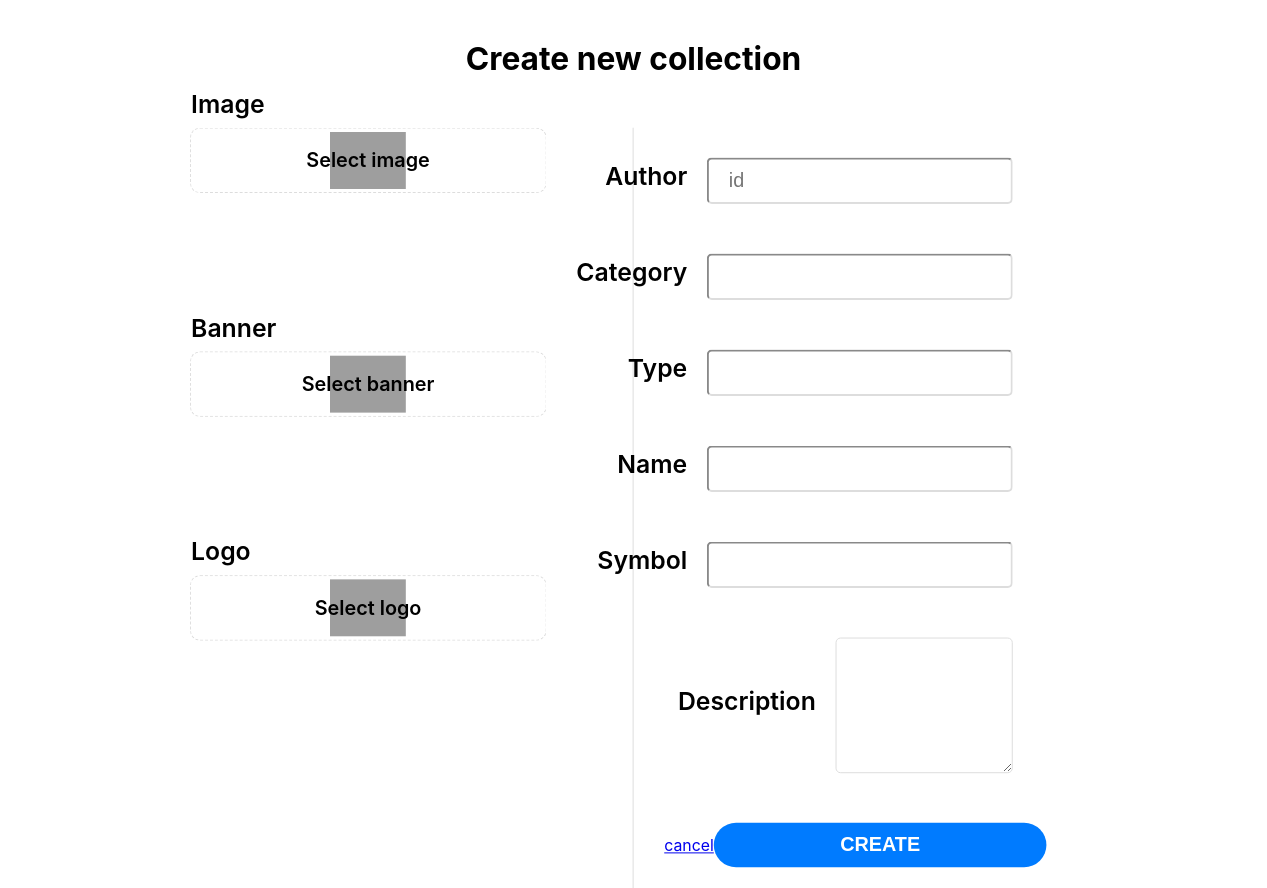
Repository: superHotBob/admin_nftillion
Page: /createcollection
The author's editor kept a copy of each file at every save. The page is drawn from the files as they stood at one save, then again after the next save.
The browser window is 1280 px wide. The pictures show the whole page, at 99% of full size.
Pictures or frames that could not be fetched are drawn as grey boxes. The project was rebuilt for these pictures with package versions that can differ from the ones it lists, and the page was loaded fresh each time. Also part of the build but not shown: src/components/Login/styles.scss, src/components/Login/index.js, src/components/NavPanel/styles.scss, src/components/NavPanel/index.js, src/components/Users/index.js, src/components/Collections/index.js, src/components/Preminted/styles.scss, src/components/Preminted/index.js.

Above is the page before, as saved 2022-04-27 08:48:23.

After the next save:
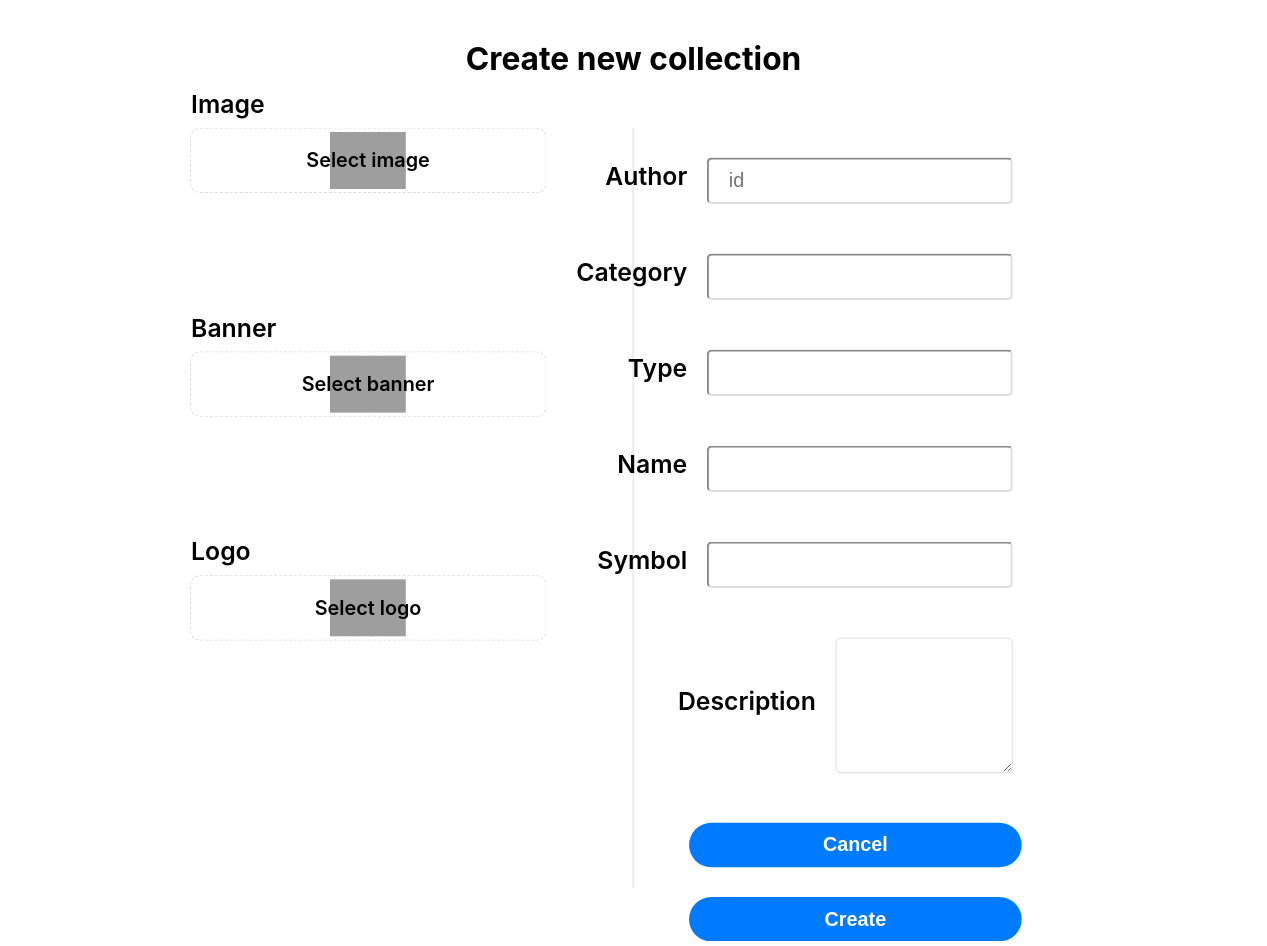
Saved 74 s later.
--- a/src/components/CreateCollection/index.js
+++ b/src/components/CreateCollection/index.js
@@ -231,7 +231,9 @@ export const Create = () => {
               />
             </label>
 
-            <Link to='/create'>cancel</Link><button type="submit">CREATE</button>
+            <Link to='/preminted'>
+              <button>Cancel</button>
+            </Link><button type="submit">Create</button>
           </form>
         </div>
       </div>
